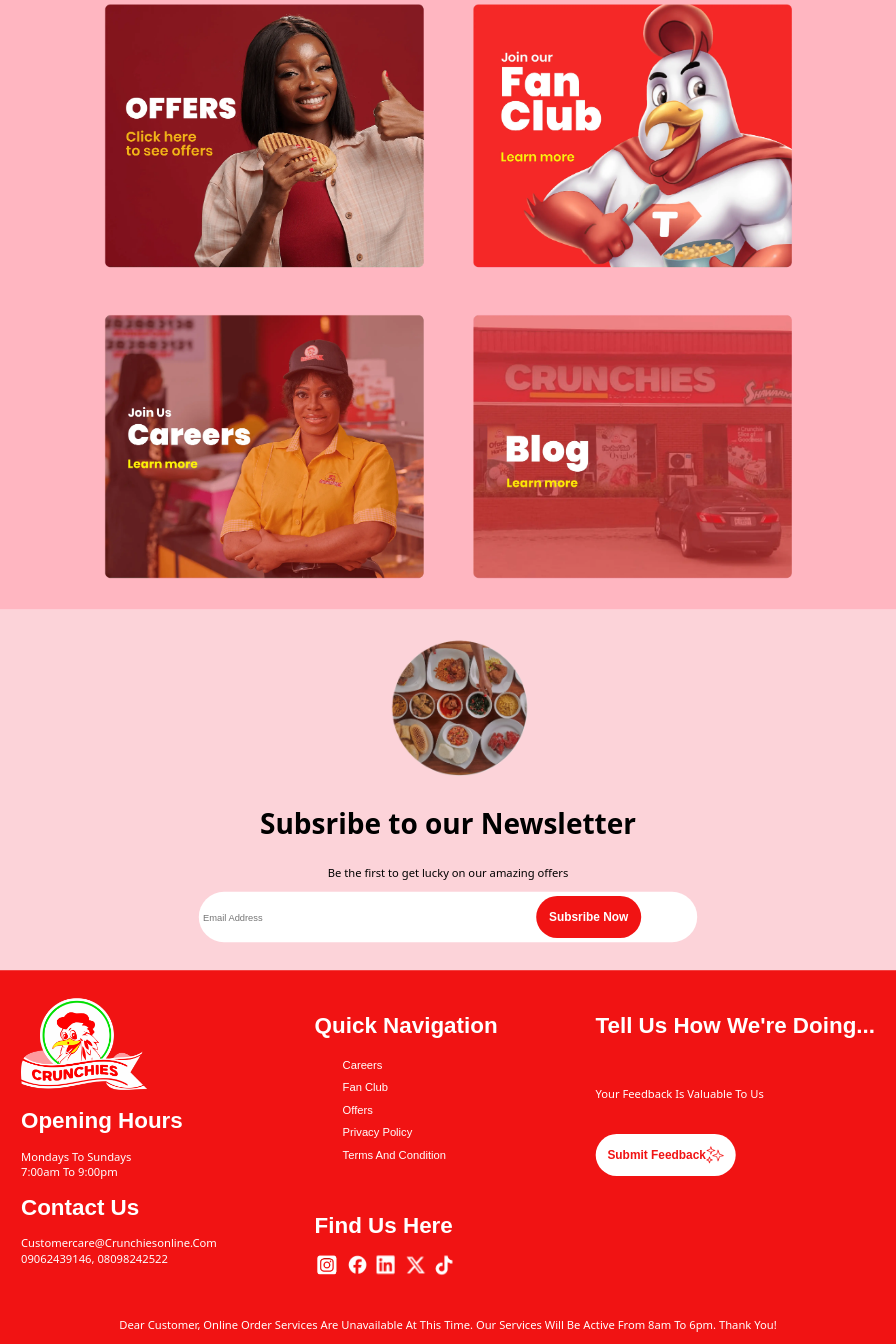
Repository: trenzyfx1/crunches-online-
Page: index.html
An editor plug-in stored every save of this project. The page is shown before and after the next save, followed by the edit.
The browser window is 1280 px wide. The pictures show the part of the page from y = 2920 to 4840 px (the page is 4840 px tall before and 4832 px after), at 70% of full size.

Above is the page before, as saved 2025-04-13 17:09:03.

After the next save:
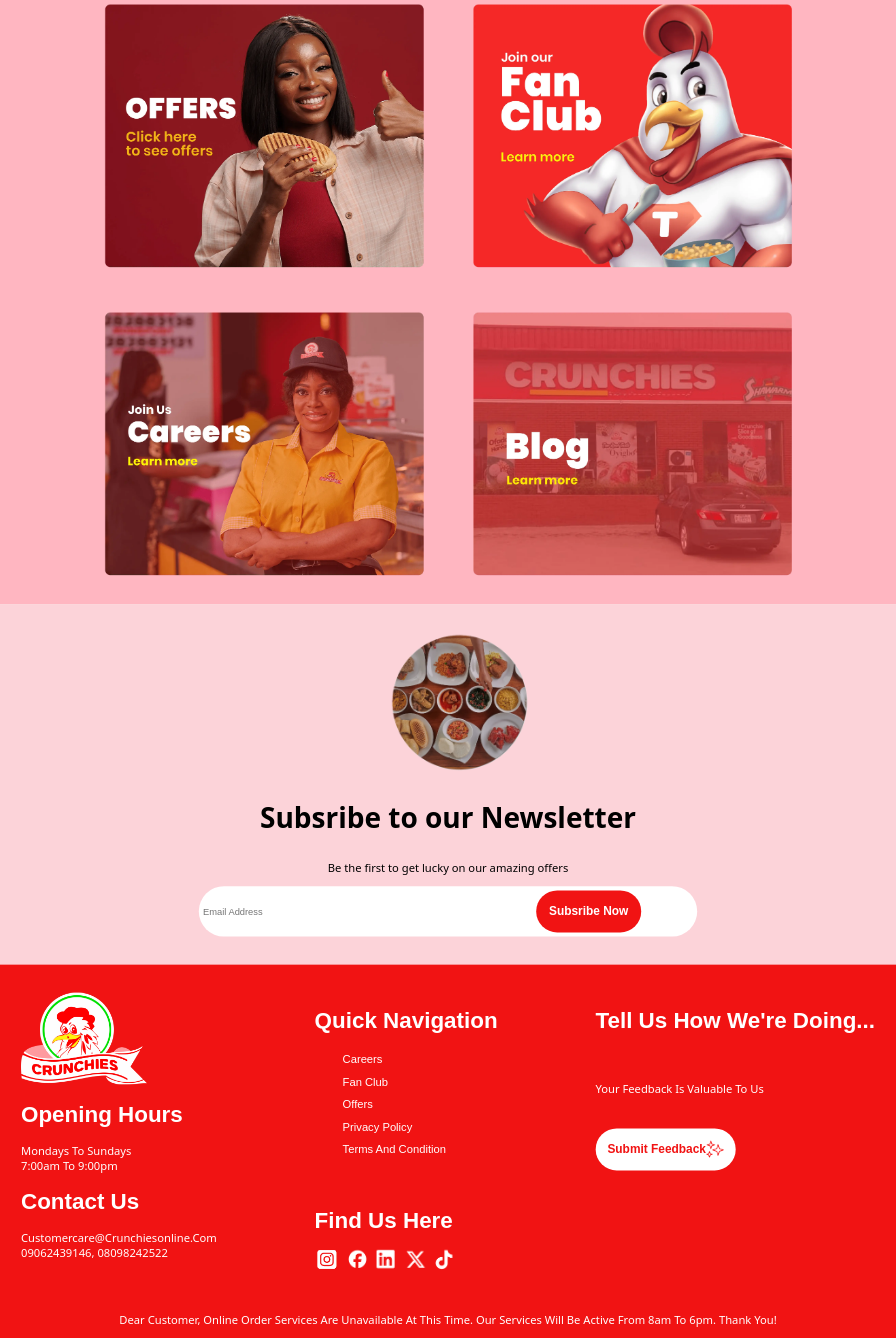
Saved 2 min 17 s later.
--- a/style.css
+++ b/style.css
@@ -399,6 +399,9 @@
 
 .section5-img {
     height: 400px;
+    width: 100%;
+    display: block;
+    object-fit: cover;
 }
 
 .section5 {
